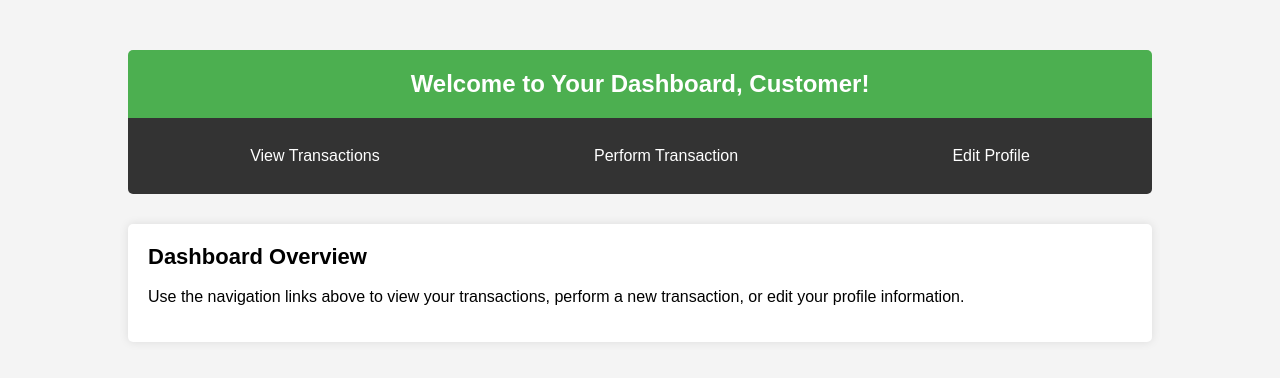
Repository: vinayakGarudi2002/swabhavTrainingProjects
Page: http://localhost/01_banking_application/customerOperation.jsp
The author's editor kept a copy of each file at every save. The page is drawn from the files as they stood at one save, then again after the next save.
The browser window is 1280 px wide. The pictures show the whole page.
The page is served by Tomcat 9.

Above is the page before, as saved 2024-08-11 17:25:14.

After the next save:
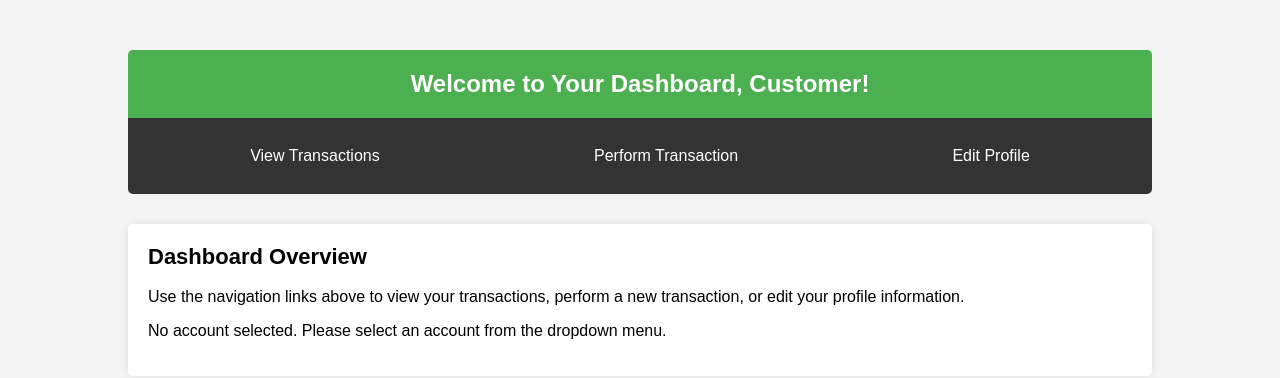
Saved 4 min 12 s later.
--- a/01_banking_application/WebContent/customerOperation.jsp
+++ b/01_banking_application/WebContent/customerOperation.jsp
@@ -71,6 +71,14 @@
             margin-top: 0;
             font-size: 22px;
         }
+
+        .account-info {
+            margin-top: 20px;
+            padding: 10px;
+            background-color: #e7f1ff;
+            border-radius: 5px;
+            border: 1px solid #b3d9ff;
+        }
     </style>
 </head>
 <body>
@@ -88,6 +96,24 @@
         <div class="content">
             <h2>Dashboard Overview</h2>
             <p>Use the navigation links above to view your transactions, perform a new transaction, or edit your profile information.</p>
+
+            <%
+                // Retrieve the selected account number from the session
+                Long selectedAccount = (Long) session.getAttribute("selectedAccount");
+
+                if (selectedAccount != null) {
+            %>
+            <div class="account-info">
+                <h3>Selected Account</h3>
+                <p>Account Number: <%= selectedAccount %></p>
+            </div>
+            <%
+                } else {
+            %>
+            <p class="error-message">No account selected. Please select an account from the dropdown menu.</p>
+            <%
+                }
+            %>
         </div>
     </div>
 </body>
